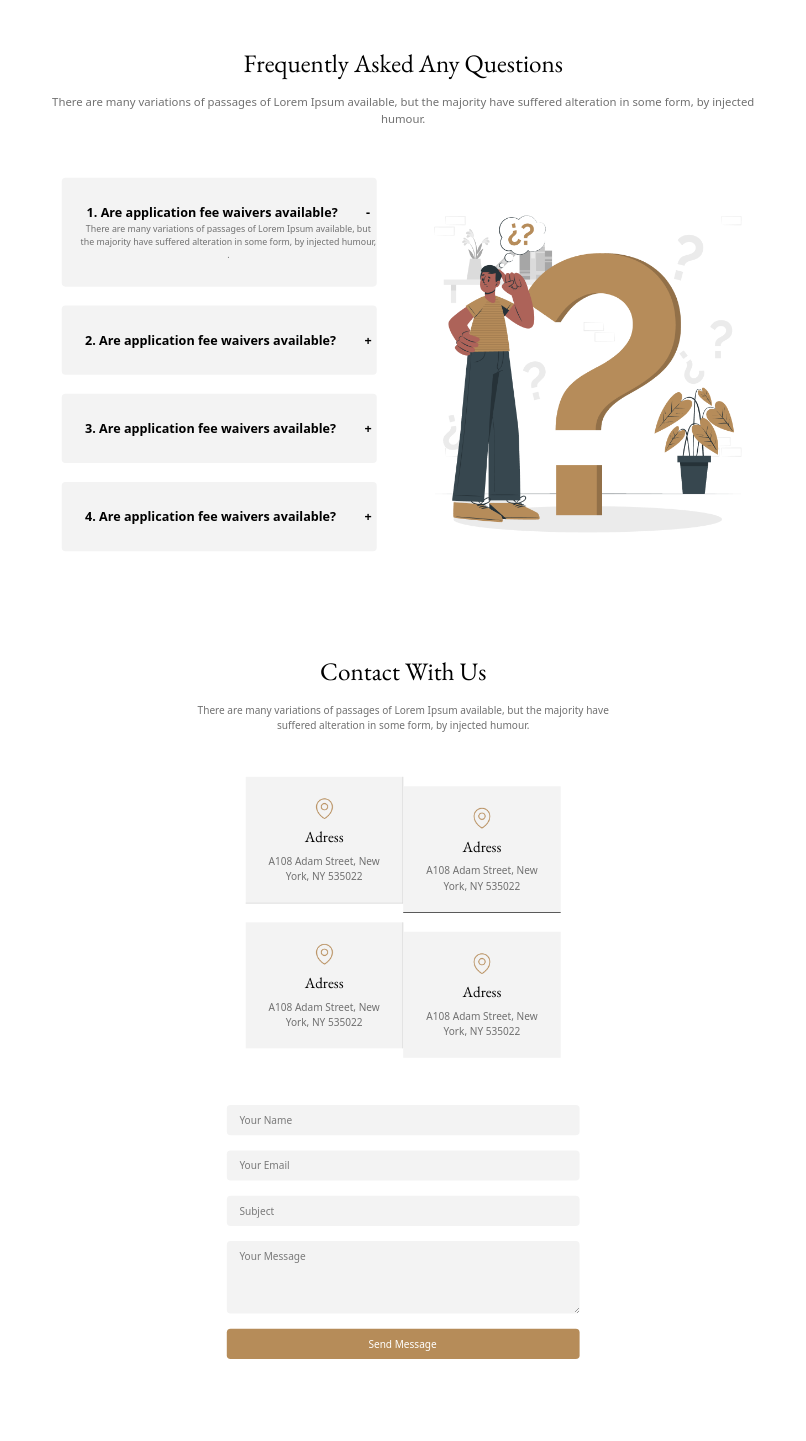
Repository: nahid-hasann/website-6
Page: index.html
These files come from the project's save history. The page is drawn as it stood at one moment and after the next save; the edit follows.
The browser window is 1280 px wide. The pictures show the whole page, at 63% of full size.

Above is the page before, as saved 2025-07-22 22:37:16.

### index.html
<!DOCTYPE html>
<html lang="en">
<head>
    <meta charset="UTF-8">
    <meta name="viewport" content="width=device-width, initial-scale=1.0">
    <script src="https://cdn.jsdelivr.net/npm/@tailwindcss/browser@4"></script>
    <title>Document</title>
    <link rel="stylesheet" href="style.css">
    <link rel="stylesheet" href="https://cdnjs.cloudflare.com/ajax/libs/font-awesome/6.7.2/css/all.min.css" integrity="sha512-Evv84Mr4kqVGRNSgIGL/F/aIDqQb7xQ2vcrdIwxfjThSH8CSR7PBEakCr51Ck+w+/U6swU2Im1vVX0SVk9ABhg==" crossorigin="anonymous" referrerpolicy="no-referrer" />
</head>
<body>

<header class="hidden">

<div class="flex mx-auto w-[1170px]  justify-between items-center my-[30px] ">
    <div>
        <img src="images/logo2.png" alt="">
    </div>
    <div>
        <ul class="flex gap-[20px] text-[#707070]">
            <li><a href="">Home</a></li>
            <li><a href="">Service<i class="fa-solid fa-angle-right ml-[10px]"></i></a></li>
            <li><a href="">Cases<i class="fa-solid fa-angle-right ml-[10px]"></i></a></li>
            <li><a href="">Blog<i class="fa-solid fa-angle-right ml-[10px]"></i></a></li>
            <li><a href="">Contact us<i class="fa-solid fa-angle-right ml-[10px]"></i></a></li>
        </ul>
    </div>
    <div>
        <button class="bg-[#b68c59] py-[12px] px-[22px] text-white rounded-md" >Free Consultation</button>
    </div>
</div>


<div class="banner-img w-[1170px] h-[550px] mx-auto  flex flex-col items-center justify-center mt-[60px] mb-[130px]">
      <div class="banner-content w-[692px]">
         <h1 class="text-[72px] text-center text-white leading-none">We Provide Effective  Legal Solutions</h1>
       <p class="my-[30px] text-center  text-[#E7E7E7]">There are many variations of passages of Lorem Ipsum available, but the majority have suffered alteration in some form, by injected humour.</p>
       <div class="flex justify-center gap-[40px]">
        <input class="bg-white py-[12px] px-[30px] pr-[70px] w-[500px] rounded-md" type="text" name="" placeholder="Search your services" id="">
        <button class="bg-[#b68c59] py-[12px] px-[22px] text-white rounded-md" >Search</button>
       </div>
      </div>
</div>


</header>


<main>
    <section class="card-section xl:w-[1170px] mx-auto lg:mb-[130px] hidden">
        <div class="card-content">
            <h1 class="eb-garamond-ok text-[40px] text-center ">The Legal Practice Area</h1>
            <p class="text-center text-[#707070] my-[20px]">There are many variations of passages of Lorem Ipsum available, but the majority have <br> suffered alteration in some form, by injected humour.</p>
        </div>

        <div class="card-div mt-[100px] grid grid-cols-3">
            <div class="card py-[70px]  border-r border-[#E7E7E7]  border-b  flex flex-col items-center justify-center text-center">
                  <img src="images/business.png" alt="">
                  <h1 class="text-[32px] my-[15px]">Business Law</h1>
                  <p class="text-[#707070] w-[258px] mb-[15px]">There are many variations of passages of Lorem Ipsum available, but the majority have suffered alteration in some form, by injected humour.</p>
                  <img src="images/Frame.png" alt="">
            </div>

             <div class="card bg-[linear-gradient(to_bottom,_#f3f3f3,_#ffffff)]   py-[70px] border-[#E7E7E7] border-r border-b flex flex-col items-center justify-center text-center">
                  <img src="images/criminal.png" alt="">
                  <h1 class="text-[32px] my-[15px]">Criminal Law</h1>
                  <p class="text-[#707070] w-[258px] mb-[15px]">There are many variations of passages of Lorem Ipsum available, but the majority have suffered alteration in some form, by injected humour.</p>
                  <img src="images/Frame.png" alt="">
            </div>

             <div class="card  py-[70px] border-[#E7E7E7] border-b flex flex-col items-center justify-center text-center">
                  <img src="images/child.png" alt="">
                  <h1 class="text-[32px] my-[15px]">Child Support</h1>
                  <p class="text-[#707070] w-[258px] mb-[15px]">There are many variations of passages of Lorem Ipsum available, but the majority have suffered alteration in some form, by injected humour.</p>
                  <img src="images/Frame.png" alt="">
            </div>

             <div class="card border-r border-[#E7E7E7]  py-[70px] flex flex-col items-center justify-center text-center">
                  <img src="images/education.png" alt="">
                  <h1 class="text-[32px] my-[15px]">Education Law</h1>
                  <p class="text-[#707070] w-[258px] mb-[15px]">There are many variations of passages of Lorem Ipsum available, but the majority have suffered alteration in some form, by injected humour.</p>
                  <img src="images/Frame.png" alt="">
            </div>

             <div class="card border-r border-[#E7E7E7]  py-[70px] flex flex-col items-center justify-center text-center">
                  <img src="images/divorce.png" alt="">
                  <h1 class="text-[32px] my-[15px]">Divorce Law</h1>
                  <p class="text-[#707070] w-[258px] mb-[15px]">There are many variations of passages of Lorem Ipsum available, but the majority have suffered alteration in some form, by injected humour.</p>
                  <img src="images/Frame.png" alt="">
            </div>

             <div class="card  py-[70px] flex flex-col items-center justify-center text-center">
                  <img src="images/tax.png" alt="">
                  <h1 class="text-[32px] my-[15px]">Tax Law</h1>
                  <p class="text-[#707070] w-[258px] mb-[15px]">There are many variations of passages of Lorem Ipsum available, but the majority have suffered alteration in some form, by injected humour.</p>
                  <img src="images/Frame.png" alt="">
            </div>
        </div>
    </section>

    <section class="question-section lg:mb-[130px] xl:w-[1170px] sm:my-[70px] mx-auto">
         <h1 class="eb-garamond-ok xl:text-[40px] lg:text-[30px] sm:text-[25px] text-center">Frequently Asked Any Questions</h1>
         <p class="xl:text-[18px] text-center text-[#707070] mt-[18px] sm:text-[13px] sm:px-[20px] mb-[40px]">There are many variations of passages of Lorem Ipsum available, but the majority have suffered alteration in some form, by injected humour.</p>

         <div class="ques-img lg:flex lg:justify-around lg:items-center lg:mt-[80px] ">
             <div class="lg:w-[45%]">
                 <div class=" bg-[#f3f3f3] pl-[30px] py-[40px] rounded-md mb-[30px] sm:text-center sm:w-[500px] mx-auto">
                    <h1 class="lg:text-[18px] xl:text-[20px] font-extrabold ">1. Are application fee waivers available? <span class="ml-[40px]">-</span> </h1>
                    <p class="text-[#707070] lg:text-[14px]">There are many variations of passages of Lorem Ipsum available, but the majority have suffered alteration in some form, by injected humour, . </p>
                 </div>
                 <div class=" bg-[#f3f3f3] pl-[30px] py-[40px] rounded-md mb-[30px] sm:text-center sm:w-[500px] mx-auto">
                    <h1 class="lg:text-[18px] xl:text-[20px] font-extrabold">2. Are application fee waivers available? <span class="ml-[40px]">+</span> </h1>
                 </div>
                 <div class=" bg-[#f3f3f3] pl-[30px] py-[40px] rounded-md mb-[30px] sm:text-center sm:w-[500px] mx-auto">
                    <h1 class="lg:text-[18px] xl:text-[20px] font-extrabold">3. Are application fee waivers available? <span class="ml-[40px]">+</span> </h1>
                 </div>
                 <div class=" bg-[#f3f3f3] pl-[30px] py-[40px] rounded-md mb-[30px] sm:text-center sm:w-[500px] mx-auto">
                    <h1 class="lg:text-[18px] xl:text-[20px] font-extrabold">4. Are application fee waivers available? <span class="ml-[40px]">+</span> </h1>
                 </div>
             </div>
             <div class="lg:w-[45%]">
                <img src="images/faq.png" alt="" class="max-w-full sm:w-[500px] sm:mx-auto">
             </div>
         </div>
    </section>


    <section class="contact-form-section lg:mb-[130px] lg:mx-auto xl:w-[1170px] lg:w-[900px] sm:my-[70px] mx-auto">
         <h1 class="eb-garamond-ok text-[40px] text-center ">Contact With Us</h1>
            <p class="text-center text-[#707070] my-[20px]">There are many variations of passages of Lorem Ipsum available, but the majority have <br> suffered alteration in some form, by injected humour.</p>

            <div class="contact lg:flex lg:flex-col lg:justify-center lg:items-center lg:mx-auto  sm:flex sm:flex-col sm:justify-center sm:items-center mt-[70px]">

                 <div class="contact-info lg:grid lg:grid-cols-2 lg:mb-[60px] lg:justify-center lg:items-center lg:my-auto sm:w-[500px] sm:flex sm:justify-center sm:items-center sm:flex-col">
                <div class="bg-[#f3f3f3]  p-[30px] flex flex-col justify-center items-center text-center lg:border-b lg:border-r lg:border-[#CFCFCF] sm:mb-[30px]">
                    <img class="mx-auto" src="images/location.png" alt="">
                    <h1 class="eb-garamond-ok text-[24px] my-[8px]">Adress</h1>
                    <p class="text-[#707070]">A108 Adam Street, New York, NY 535022</p>
                </div>
                <div class="bg-[#f3f3f3] p-[30px]  flex flex-col justify-center items-center text-center lg:border-b lg:border-[#CFCFCF]sm:mb-[30px]">
                    <img class="mx-auto" src="images/location.png" alt="">
                    <h1 class="eb-garamond-ok text-[24px] my-[8px]">Adress</h1>
                    <p class="text-[#707070]">A108 Adam Street, New York, NY 535022</p>
                </div>
                <div class="bg-[#f3f3f3]  p-[30px]  flex flex-col justify-center items-center text-center lg:border-r lg:border-[#CFCFCF] sm:mb-[30px]">
                    <img class="mx-auto" src="images/location.png" alt="">
                    <h1 class="eb-garamond-ok text-[24px] my-[8px]">Adress</h1>
                    <p class="text-[#707070]">A108 Adam Street, New York, NY 535022</p>
                </div>
                <div class="bg-[#f3f3f3]   p-[30px] lg:flex lg:flex-col lg:justify-center lg:items-center text-center">
                    <img class="mx-auto" src="images/location.png" alt="">
                    <h1 class="eb-garamond-ok text-[24px] my-[8px]">Adress</h1>
                    <p class="text-[#707070]">A108 Adam Street, New York, NY 535022</p>
                </div>
            </div>

            <div class="contact-form lg:flex lg:flex-col xl:w-[560px] lg:w-[500px] sm:w-[500px] sm:flex sm:flex-col sm:justify-center sm:items-center">
                <input class="w-full bg-[#f3f3f3] py-[12px] pl-[20px] pr-[100px] rounded-md" type="text" name="" placeholder="Your Name" id=""> <br>
                <input class="w-full py-[12px] pl-[20px] pr-[100px] bg-[#f3f3f3] rounded-md" type="email" name="" placeholder="Your Email" id=""> <br>
                <input class="w-full py-[12px] pl-[20px] pr-[100px] bg-[#f3f3f3] rounded-md" type="text" name="" placeholder="Subject" id=""> <br>
                <textarea class="w-full pt-[12px] pb-[55px] pl-[20px] pr-[100px] bg-[#f3f3f3] rounded-md" name="" placeholder="Your Message" id=""></textarea> <br>
                <button class="w-full  pl-[20px]  bg-[#b68c59] py-[12px] px-[22px] text-white rounded-md" >Send Message<button>
            </div>
            </div>
    </section>

</main>



</body>
</html>

### style.css
@import url('https://fonts.googleapis.com/css2?family=EB+Garamond:ital,wght@0,400..800;1,400..800&display=swap');


.eb-garamond-ok {
  font-family: "EB Garamond", serif;
  font-optical-sizing: auto;
  font-style: normal;
}


.banner-img{
    background-image: linear-gradient(rgba(0, 0, 0, 0.5), rgba(0, 0, 0, 0.5)), url('images/banner.png');
}

After the next save:
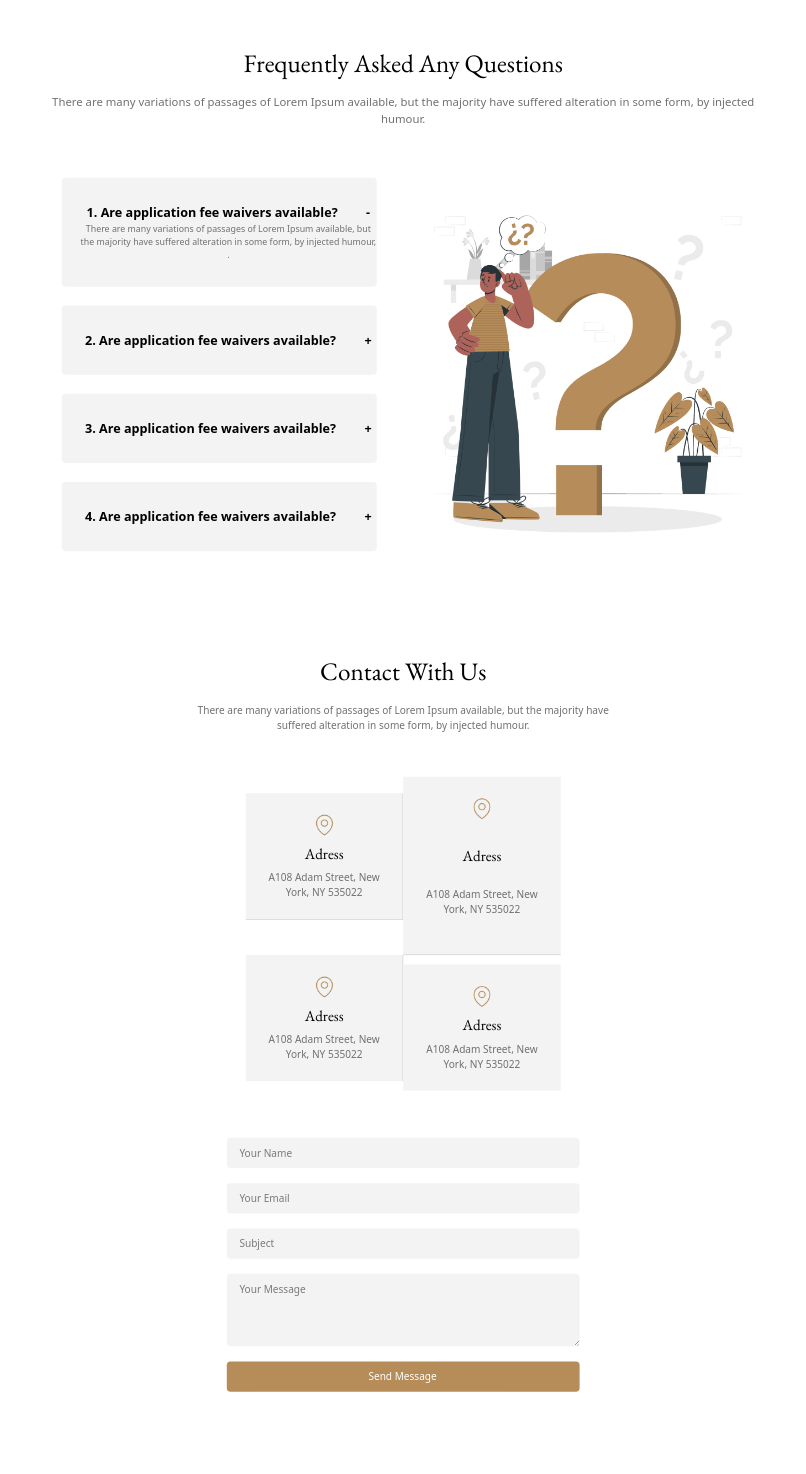
Saved 17 s later.
--- a/index.html
+++ b/index.html
@@ -137,7 +137,7 @@
                     <h1 class="eb-garamond-ok text-[24px] my-[8px]">Adress</h1>
                     <p class="text-[#707070]">A108 Adam Street, New York, NY 535022</p>
                 </div>
-                <div class="bg-[#f3f3f3] p-[30px]  flex flex-col justify-center items-center text-center lg:border-b lg:border-[#CFCFCF]sm:mb-[30px]">
+                <div class="bg-[#f3f3f3] p-[30px]  flex flex-col justify-center items-center text-center lg:border-b lg:border-[#CFCFCF] **:sm:mb-[30px]">
                     <img class="mx-auto" src="images/location.png" alt="">
                     <h1 class="eb-garamond-ok text-[24px] my-[8px]">Adress</h1>
                     <p class="text-[#707070]">A108 Adam Street, New York, NY 535022</p>

After the save that followed:
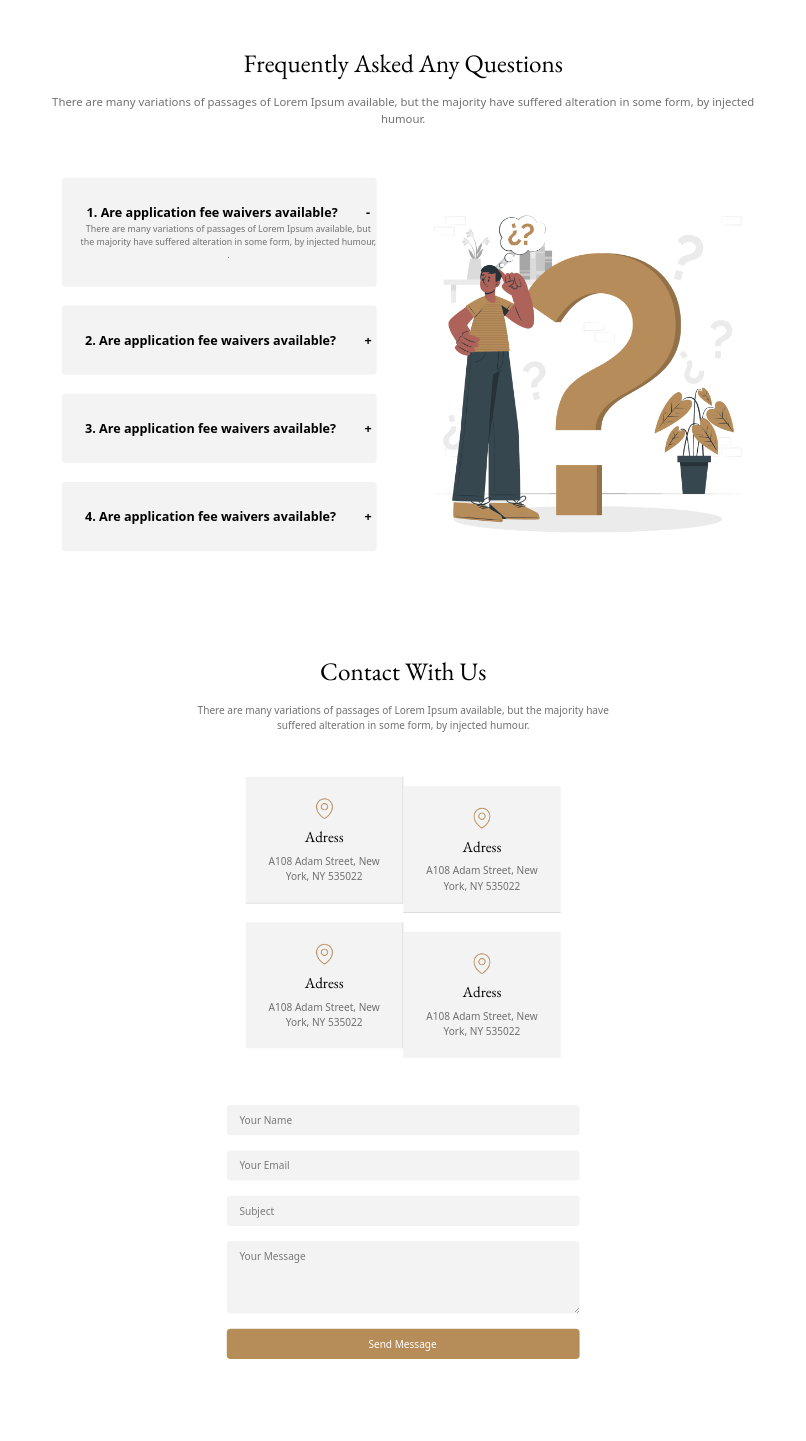
Saved 4 s later.
--- a/index.html
+++ b/index.html
@@ -137,7 +137,7 @@
                     <h1 class="eb-garamond-ok text-[24px] my-[8px]">Adress</h1>
                     <p class="text-[#707070]">A108 Adam Street, New York, NY 535022</p>
                 </div>
-                <div class="bg-[#f3f3f3] p-[30px]  flex flex-col justify-center items-center text-center lg:border-b lg:border-[#CFCFCF] **:sm:mb-[30px]">
+                <div class="bg-[#f3f3f3] p-[30px]  flex flex-col justify-center items-center text-center lg:border-b lg:border-[#CFCFCF] :sm:mb-[30px]">
                     <img class="mx-auto" src="images/location.png" alt="">
                     <h1 class="eb-garamond-ok text-[24px] my-[8px]">Adress</h1>
                     <p class="text-[#707070]">A108 Adam Street, New York, NY 535022</p>
